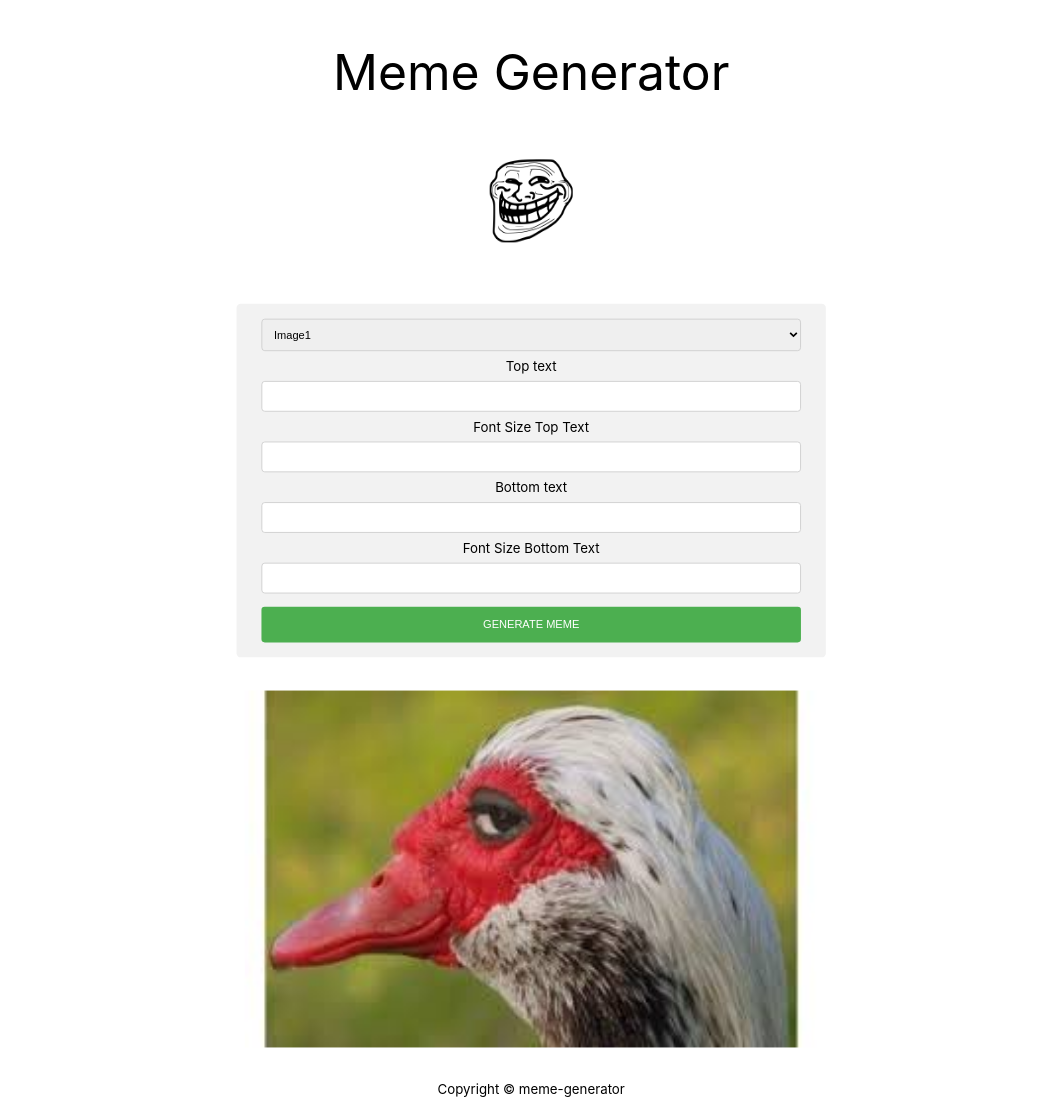
Repository: JivkoJelev91/Meme-Generator
Page: /
These files come from the project's save history. The page is drawn as it stood at one moment and after the next save; the edit follows.
The browser window is 1280 px wide. The pictures show the whole page, at 83% of full size.
The project was rebuilt for these pictures with package versions that can differ from the ones it lists, and the page was loaded fresh each time.

Above is the page before, as saved 2018-10-11 15:17:27.

After the next save:
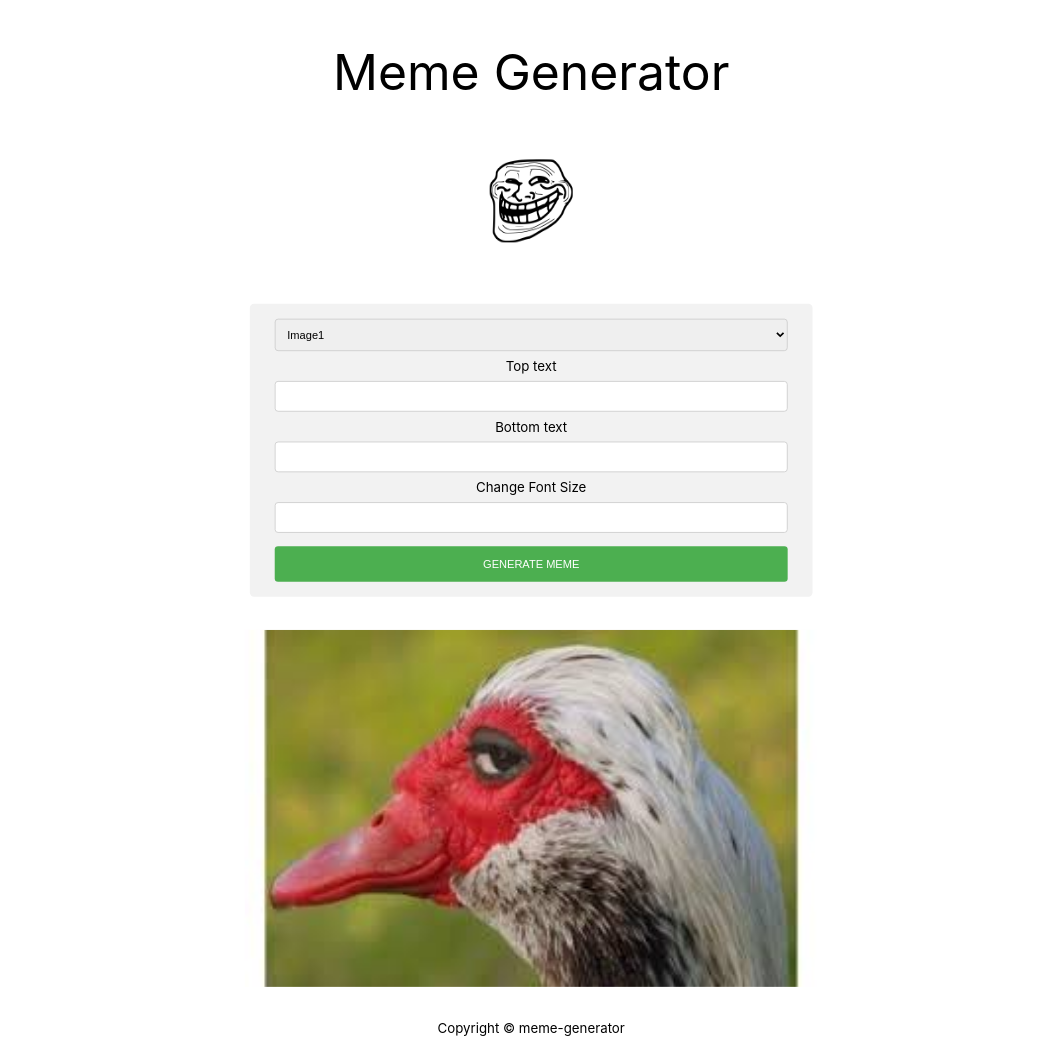
Saved 88 s later.
--- a/src/memes.js
+++ b/src/memes.js
@@ -62,13 +62,11 @@ class Memes extends Component {
                     <div>
                         <label>Top text</label>
                         <input type="text" name="topText" onChange={this.handleInput}/>
-                        <label>Font Size Top Text</label>
-                        <input type="number" name="fontSize" onChange={this.handleFontSize}/>
                     </div>
                     <div>
                         <label>Bottom text</label>
                         <input type="text" name="bottomText" onChange={this.handleInput}/>
-                        <label>Font Size Bottom Text</label>
+                        <label>Change Font Size</label>
                         <input type="number" name="fontSize" onChange={this.handleFontSize}/>
                     </div>
                     <div>
